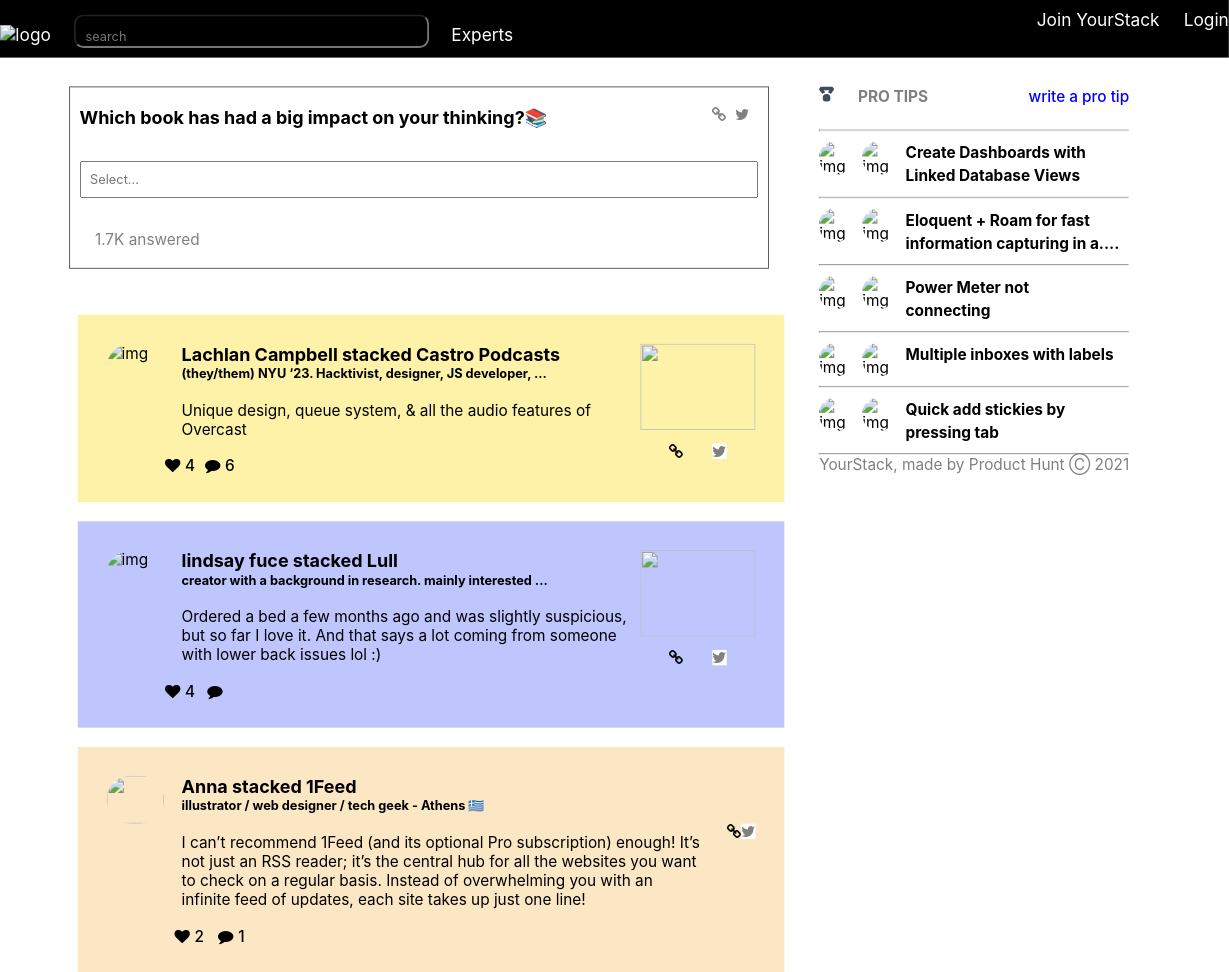
Repository: git432-tech/html-project.github.io
Page: index.html
The author's editor kept a copy of each file at every save. The page is drawn from the files as they stood at one save, then again after the next save.
The browser window is 1280 px wide. The pictures show the whole page, at 96% of full size.

Above is the page before, as saved 2021-05-04 16:48:40.
Not found: img/2-cont-1.jpeg
Not found: img/3-cont-1.jpeg
Not found: img/3-cont-2.jpeg

### index.html
<!DOCTYPE html>
<html lang="en">

    <meta charset="UTF-8" />
    <meta http-equiv="X-UA-Compatible" content="IE=edge" />
    <meta name="viewport" content="width=device-width, initial-scale=1.0" />
    <title>YourStack</title>
    <link href="https://stacks-production-us-east-1-static.s3.amazonaws.com/favicon.ico">
    <link rel="stylesheet" href="./index.css" />
    <link
      rel="stylesheet"
      href="https://cdnjs.cloudflare.com/ajax/libs/font-awesome/4.7.0/css/font-awesome.min.css"
    />
    <link
      rel="stylesheet"
      href="https://fonts.googleapis.com/icon?family=Material+Icons"
    />
  </head>
  <body>
    <header>
      <div class="head">
        <nav class="navbar">
          <ul class="nav-links">
            <li>
              <img
                class="logo"
                src="./img/your_stack_logo copy.png"
                alt="logo"
              />
              <input
                type="search"
                name="search-bar"
                id="search-bar"
                placeholder="search"
              />
              <a class="exp" href="#">Experts</a>
            </li>
            <li>
              <a class="stack" href="#">Join YourStack</a> <a href="#">Login</a>
            </li>
          </ul>
        </nav>
      </div>
    </header>

    <section class="main-section">
      <div class="sec-one">
        <div class="ones">
          <h3>Which book has had a big impact on your thinking?📚</h3>

          <div class="icons">
            <i id="link" class="fa fa-link"></i>
            <i id="twitter" class="fa fa-twitter"></i>
          </div>
        </div>
        <div class="sec-three">
          <input type="search" name="" id="se" placeholder="Select..." />
        </div>
        <div class="imgs">
          <img class="imgs-1" src="../img/cont-1.jpeg" alt="" />
          <img class="imgs-1" src="../img/cont-2.jpeg" alt="" />
          <img class="imgs-1" src="../img/cont-3.jpeg" alt="" />
          <p class="ans">1.7K answered</p>
        </div>
      </div>

      <div class="sec-two">
        <div class="pro">
          <svg
            class="sv"
            width="16"
            height="16"
            xmlns="http://www.w3.org/2000/svg"
          >
            <path
              d="M8 8a4 4 0 1 1 0 8 4 4 0 0 1 0-8zm6-8l2 3-3.5 5c-.8-.9-1.9-1.5-3.1-1.8L11 4H5l1.7 2.2c-1.2.3-2.3.9-3.1 1.8L0 3l2-3h12z"
              fill="#3F4C5A"
            ></path>
          </svg>
          <h4 class="pro-tip">PRO TIPS</h4>
          <h4 class="pro-tip-p">write a pro tip</h4>
        </div>
        <hr class="hrs" />
        <div class="one">
          <img
            class="img1"
            src="../img/img2.jpeg"
            alt="img"
            height="35px"
            width="35px"
          />
          <img
            class="img1"
            src="../img/img1.png"
            alt="img"
            height="35px"
            width="35px"
          />
          <h4 class="desc-1">
            Create Dashboards with <br />Linked Database Views
          </h4>
        </div>

        <hr class="hrs" />
        <div class="one">
          <img
            class="img1"
            src="../img/img-3.png"
            alt="img"
            height="35px"
            width="35px"
          />
          <img
            class="img1"
            src="../img/img-4.jpeg"
            alt="img"
            height="35px"
            width="35px"
          />
          <h4 class="desc-1">
            Eloquent + Roam for fast <br />
            information capturing in a....
          </h4>
        </div>

        <hr class="hrs" />
        <div class="one">
          <img
            class="img1"
            src="../img/img-5.jpeg"
            alt="img"
            height="35px"
            width="35px"
          />
          <img
            class="img1"
            src="../img/img-6.png"
            alt="img"
            height="35px"
            width="35px"
          />
          <h4 class="desc-1">
            Power Meter not <br />
            connecting
          </h4>
        </div>

        <hr class="hrs" />
        <div class="one">
          <img
            class="img1"
            src="../img/img-7.jpeg"
            alt="img"
            height="35px"
            width="35px"
          />
          <img
            class="img1"
            src="../img/img-8.jpeg"
            alt="img"
            height="35px"
            width="35px"
          />
          <h4 class="desc-1">Multiple inboxes with labels</h4>
        </div>

        <hr class="hrs" />

        <div class="one">
          <img
            class="img1"
            src="../img/img-9.jpeg"
            alt="img"
            height="35px"
            width="35px"
          />
          <img
            class="img1"
            src="../img/img-10.jpeg"
            alt="img"
            height="35px"
            width="35px"
          />
          <h4 class="desc-1">
            Quick add stickies by <br />
            pressing tab
          </h4>
        </div>

        <hr class="hrs" />
        <p style="color: grey;">YourStack, made by Product Hunt Ⓒ 2021</p>
        <!-- <nav class="list">
          <ul class="ul-list">
            <li><a class="terms" href="#">About</a></li>
            <li><a class="terms" href="#">Terms</a></li>
            <li><a class="terms" href="#">Policy</a></li>
            <li><a class="terms" href="#">Copyright Policy</a></li>
            <li><a class="terms" href="#">Cookies</a></li>
          </ul>
        </nav> -->
      </div>
      <div></div>
    </section>


    <section class="main-2">
      <!-- <img class="fl-img" src="../img/2-cont-1.jpeg" alt="" />
      <div class="cc">
        <h3>Lachlan Campbell stacked Castro Podcasts</h3>
        <p>(they/them) NYU ‘23. Hacktivist, designer, JS developer, ...</p>
        <h6>
          Unique design, queue system, & all the audio features of Overcast
        </h6> -->
      </div>
      <div class="circ">
        <img class="fl-img" src="../img/2-cont-1.jpeg" alt="img" />
        <div class="cc">


          <h3><b>Lachlan Campbell</b> stacked <b> Castro Podcasts</b></h3>
          <h5>(they/them) NYU ‘23. Hacktivist, designer, JS developer, ...</h5><br>
          <p>
            Unique design, queue system, & all the audio features of Overcast
          </p>
        <!-- <img class="imgs-1" src="../img/2-cont-1.jpeg" alt="img" />
        <div class="cir-cont">
          <h3>Lachlan Campbell stacked Castro Podcasts</h3>
          <br />
          <p>(they/them) NYU ‘23. Hacktivist, designer, JS developer, ...</p>
          <h6>
            Unique design, queue system, & all the audio features of Overcast
          </h6> -->
        </div>
        <div class="imgs2">
          <i id="heart" class="fa fa-heart"><span class="com-4">4</span></i>
          <i id="comment" class="fa fa-comment"><span class="com-4">6</span></i>
          <img id="imgs-1" class="imgs-1" src="../img/3-cont-1.jpeg" alt="" />
          <img class="imgs-1" src="../img/3-cont-2.jpeg" alt="" />
          <img class="imgs-1" src="../img/3-cont-3.jpeg" alt="" />
        </div>
      </div>

      <div class="sqr-img">
        <img id="sqr-img2-1" src="../img/cot-2.jpeg" alt="" />
        <div class="icons2-1">
          <i id="link" class="fa fa-link"></i>
          <i id="twitter" class="fa fa-twitter"></i>
        </div>
      </div>
    </section>

    <section class="main-3-2">
      <!-- <img class="fl-img" src="../img/2-cont-1.jpeg" alt="" />
      <div class="cc">
        <h3>Lachlan Campbell stacked Castro Podcasts</h3>
        <p>(they/them) NYU ‘23. Hacktivist, designer, JS developer, ...</p>
        <h6>
          Unique design, queue system, & all the audio features of Overcast
        </h6> -->
      </div>
      <div class="circ">
        <img class="fl-img" src="../img/5-cont.jpeg" alt="img" />
        <div class="cc">


          <h3><b>lindsay fuce </b> stacked <b> Lull</b></h3>
          <h5>creator with a background in research. mainly interested ...</h5><br>
          <p>
            Ordered a bed a few months ago and was slightly suspicious, but so far I love it. And that says a lot coming from someone with lower back issues lol :)

          </p>
        <!-- <img class="imgs-1" src="../img/2-cont-1.jpeg" alt="img" />
        <div class="cir-cont">
          <h3>Lachlan Campbell stacked Castro Podcasts</h3>
          <br />
          <p>(they/them) NYU ‘23. Hacktivist, designer, JS developer, ...</p>
          <h6>
            Unique design, queue system, & all the audio features of Overcast
          </h6> -->
        </div>
        <div class="imgs2">
          <i id="heart" class="fa fa-heart"><span class="com-4">4</span></i>
          <i id="comment" class="fa fa-comment"><span class="com-4"></span></i>
          <img id="imgs-1" class="imgs-1" src="../img/5-cont-1.jpeg" alt="" />
          <img class="imgs-1" src="../img/5-cont-2.jpeg" alt="" />
          <img class="imgs-1" src="../img/5-cont-3.png" alt="" />
        </div>
      </div>

      <div class="sqr-img">
        <img id="sqr-img2-1" src="../img/5-cont-main.jpeg" alt="" />
        <div class="icons2-1">
          <i id="link" class="fa fa-link"></i>
          <i id="twitter" class="fa fa-twitter"></i>
        </div>
      </div>
    </section>
    <section class="main-3-3">
      <!-- <img class="fl-img" src="../img/2-cont-1.jpeg" alt="" />
      <div class="cc">
        <h3>Lachlan Campbell stacked Castro Podcasts</h3>
        <p>(they/them) NYU ‘23. Hacktivist, designer, JS developer, ...</p>
        <h6>
          Unique design, queue system, & all the audio features of Overcast
        </h6> -->
      </div>
      <div class="circ">
        <img class="fl-img" src="../img/4-cont-1.jpeg" alt="" />
        <div class="cc">
          <h3><b>Anna</b> stacked 1Feed</h3>
          <h5>illustrator / web designer / tech geek - Athens 🇬🇷</h5><br>
          <p>
            I can’t recommend 1Feed (and its optional Pro subscription) enough! It’s not just an RSS reader; it’s the central hub for all the websites you want to check on a regular basis. Instead of overwhelming you with an infinite feed of updates, each site takes up just one line!
          </p>
        <!-- <img class="imgs-1" src="../img/2-cont-1.jpeg" alt="img" />
        <div class="cir-cont">
          <h3>Lachlan Campbell stacked Castro Podcasts</h3>
          <br />
          <p>(they/them) NYU ‘23. Hacktivist, designer, JS developer, ...</p>
          <h6>
            Unique design, queue system, & all the audio features of Overcast
          </h6> -->
        </div>
        <div class="imgs2">
          <i id="heart" class="fa fa-heart"><span class="com-4">2</span></i>
          <i id="comment" class="fa fa-comment"><span class="com-4">1</span></i>
          <img id="imgs-1" class="imgs-1" src="../img/3-cont-1.jpeg" alt="" />
          <img class="imgs-1" src="../img/3-cont-2.jpeg" alt="" />
          <img class="imgs-1" src="../img/3-cont-3.jpeg" alt="" />
        </div>
      </div>

      <div class="sqr-img">
        <img id="sqr-img2" src="../img/4-cont-2.gif" alt="" />
        <div class="icons2-2">
          <i id="link" class="fa fa-link"></i>
          <i id="twitter" class="fa fa-twitter"></i>
        </div>
      </div>
    </section>
  </body>
</html>

### index.css
* {
  margin: 0;
  padding: 0;
  box-sizing: border-box;
  font-family: -apple-system, BlinkMacSystemFont, Segoe UI, Helvetica, Arial,
    sans-serif;
}

header {
  width: 100%;
  height: 30px;
  display: inline;
  justify-content: space-around;
  align-items: center;
}

/* .head {
  display: flex;
  justify-content: space-evenly;
  flex-direction: row;
} */

.navbar {
  height: 60px;
  background-color: black;
}

li,
a {
  font-size: 18px;
  text-decoration: none;
  list-style: none;
  color: white;
  margin-top: 10px;
}

.nav-links {
  display: flex;
  justify-content: space-between;
}

#search-bar {
  background-color: black;
  margin-left: 19px;
  margin-right: 18px;

  padding-left: 10px;
  padding-top: 10px;
  margin-top: 5px;
  /* margin-bottom: 5px; */

  width: 370px;
  height: 100%;

  border-radius: 10px;
}

.logo {
  padding-top: 5px;
  height: 33px;
  width: 66;
}

.stack {
  margin-right: 20px;
}

/* section {
  margin-top: 50px;
} */

.main-section {
  margin-top: 50px;
  display: flex;
  justify-content: space-around;
  flex-direction: row;
}

.border {
  width: 100%;
  display: flex;
  justify-content: space-evenly;
  flex-direction: row;
  padding: 10px;
  border: 1px solid grey;
}

.books {
  margin-right: 80px;
  align-items: stretch;
}

.fa-twitter {
  margin-right: 0;
  /* background: #55acee;
  color: white; */
  background: white;
  color: grey;
}

.fa-twitter:hover {
  color: #55acee;
}

.material-icons {
  /* margin-top: 6px; */
  /* margin-right: 6px; */
  color: gray;
  size: 20px;
}
/* .search-bar-content {
  display: flex;
  justify-content: flex-end;
  position: relative;
  overflow: hidden;
} */

.one {
  /* margin-top: 10px;
  margin-bottom: 10px; */
  padding-top: 10px;
  padding-bottom: 10px;
  display: flex;
  justify-content: flex-start;
}

.img1 {
  border-radius: 50px;
  margin-right: 10px;
}

/* .desc-1 {
  margin-top: 5px;
} */

.hrs {
  color: gray;
}

.pro {
  display: flex;
  /* justify-content: space-evenly; */
  justify-content: space-between;
  margin-bottom: 25px;
}

.pro-tip {
  color: grey;
}

.pro-tip-p {
  color: blue;
  font-weight: 550;
}

.sv {
  margin-right: -80px;
}

.svgs:hover {
  color: #55acee;
}

.svgs {
  color: red;
}

/* section 1 of books and twitter icon */

.imgs {
  display: flex;
  margin-bottom: 20px;
  margin-left: 17px;
}

.imgs-1 {
  border-radius: 30px;
}

.ans {
  color: gray;
  margin-left: 9px;
}

.sec-three {
  padding-left: 10px;
  padding-right: 10px;
  display: inline;
  width: 100%;
}

#se {
  /* margin-top: 10px; */
  width: 100%;
  padding: 9px;
}

.icons {
  /* display: inline; */
  display: flex;
  justify-content: space-between;
  width: 5.5%;
  color: grey;
  margin-right: 10px;
}
.fa fa-link {
  margin-right: 10%;
}
#twitter:hover {
  color: lightblue;
  cursor: pointer;
}

#link:hover {
  color: red;
  cursor: pointer;
}

.sec-one {
  display: flex;
  justify-content: space-between;
  flex-direction: column;
  /* align-items: center; */
  border: 1px solid rgb(94, 88, 88);
  width: 57%;
  margin-left: 20px;
  height: 190px;
  /* padding-left: 20px;
  padding-right: 20px; */
}
.ones {
  width: 100%;
  display: flex;
  justify-content: space-between;
  /* align-items: center; */
  margin-top: 20px;
  padding-left: 10px;
  padding-right: 10px;
}

.main-section {
  margin-top: 30px;

  display: flex;
  justify-content: space-evenly;
  /* margin-left: 4;
  margin-right: 80px; */
}

.desc-1 {
  color: black;
  font-family: -apple-system, BlinkMacSystemFont, Segoe UI, Helvetica, Arial,
    sans-serif;
  font-weight: 700;
  align-items: center;
  font-size: 16px;
  line-height: 1.5;
}

.sec01 {
  display: flex;
  flex-direction: column;
}

.ssss {
  display: block;
  width: 50%;
}

.mini {
  display: block;
  max-width: 100%;
}

.main-2 {
  margin-top: -13%;

  margin-left: 6.3%;
  width: 57.5%;
  display: flex;
  justify-content: space-between;
  flex-direction: row;
  background-color: #fdf2a8;
  padding: 30px;
}

.circ-cont {
  float: right;
}

.circ {
  /* display: flex;
  justify-content: space-evenly;
  width: 73%; */
}

.icons2 {
  margin-top: 20px;
  display: flex;
  justify-content: space-evenly;
  margin-left: 0;
  width: 100%;
}

.imgs2 {
  display: flex;
  justify-content: space-between;
  width: 15%;
  margin-top: 20px;
  margin-left: 11%;
}
#heart:hover {
  color: red;
  cursor: pointer;
}

#comment:hover {
  color: rgb(97, 10, 10);
  cursor: pointer;
}

#comment {
  margin-left: 10px;
}

.com-4 {
  padding-left: 5px;
  font-size: 16px;
  font-weight: 500;
}

#imgs-1 {
  margin-left: 10px;
}

.circ-cont {
  display: inline;
}

.fl-img {
  float: left;
  border-radius: 30px;
  height: 50px;
  width: 60px;
}

.cc {
  display: flex;
  justify-content: space-between;
  flex-direction: column;
  padding-left: 18.5px;
  width: 87%;
}

/* #sqr-img2 {
  margin: auto;
  height: 120px;
  width: 120px;
} */

.main-3 {
  margin-left: 6.3%;
  width: 57.5%;
  display: flex;
  justify-content: space-between;
  flex-direction: row;
  background-color: #fce7c4;
  padding: 30px;
}

.main-3-1 {
  margin-left: 6.3%;
  width: 57.5%;
  display: flex;
  justify-content: space-between;
  flex-direction: row;
  background-color: #8b9cbb;
  padding: 30px;
}

.main-3-2 {
  margin-top: 20px;
  margin-left: 6.3%;
  width: 57.5%;
  display: flex;
  justify-content: space-between;
  flex-direction: row;
  background-color: #bfc6fd;
  padding: 30px;
}

.main-3-3 {
  margin-top: 20px;
  margin-left: 6.3%;
  width: 57.5%;
  display: flex;
  justify-content: space-between;
  flex-direction: row;
  background-color: #fce7c4;
  padding: 30px;
}

.icons2-2 {
  margin-top: 30px;
  display: flex;
  justify-content: space-evenly;
  width: 30px;
  margin-left: 0;
  width: 100%;
}

.icons2-1 {
  margin-top: 10px;
  display: flex;
  justify-content: space-evenly;
  width: 30px;
  margin-left: 0;
  width: 100%;
}

#sqr-img2-1 {
  height: 90px;
  width: 120px;
}

.list {
  display: inline;
  width: 10%;
  text-align: left;
  align-items: center;
  flex-direction: row;
}

.terms {
  font-size: 12px;
  text-decoration: none;
  list-style: none;
  color: lightgray;
  margin-top: 10px;
  float: left;
  margin-left: 6px;
}

After the next save:
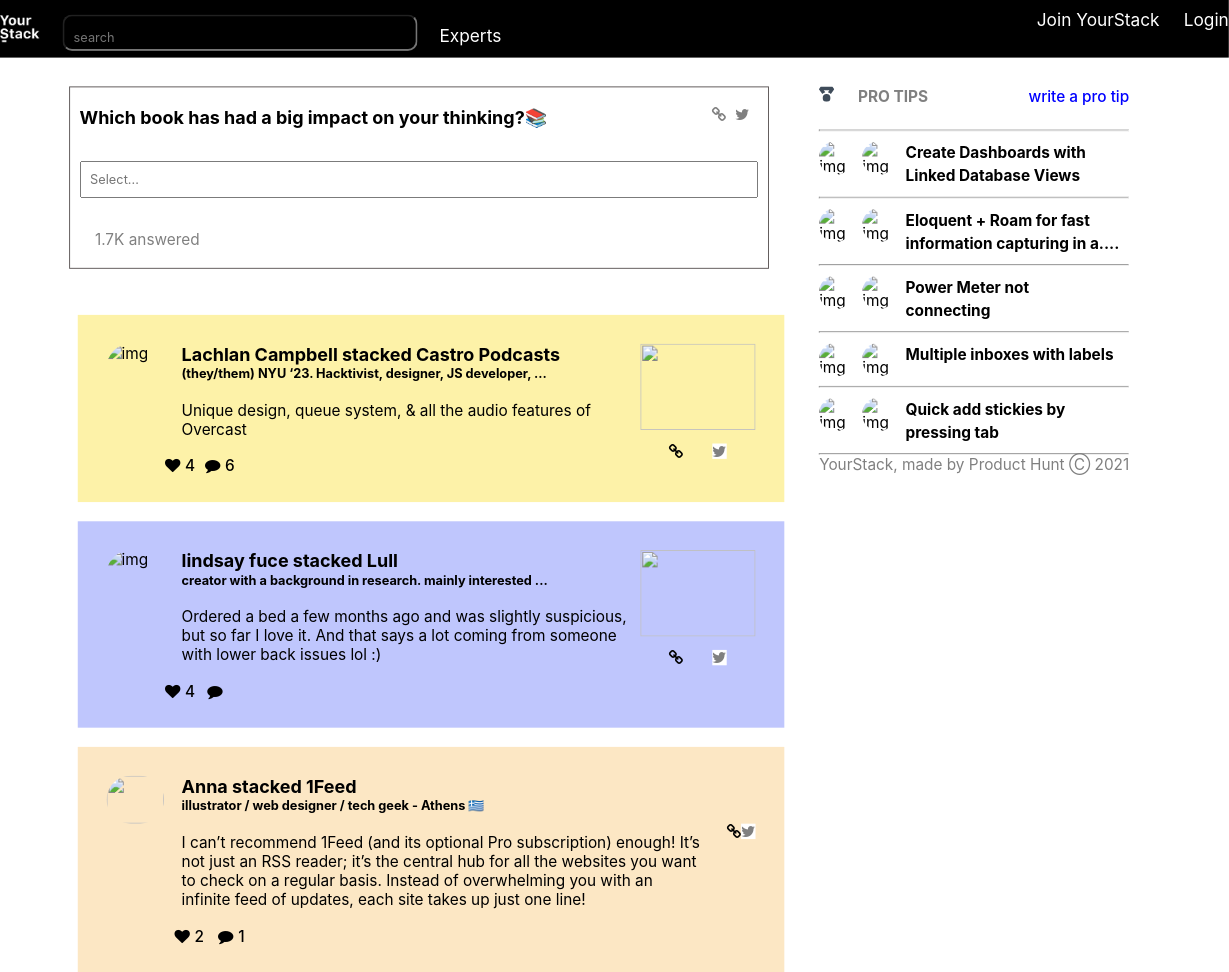
Saved 6 s later.
--- a/index.html
+++ b/index.html
@@ -24,7 +24,7 @@
             <li>
               <img
                 class="logo"
-                src="./img/your_stack_logo copy.png"
+                src="./your_stack_logo copy.png"
                 alt="logo"
               />
               <input
